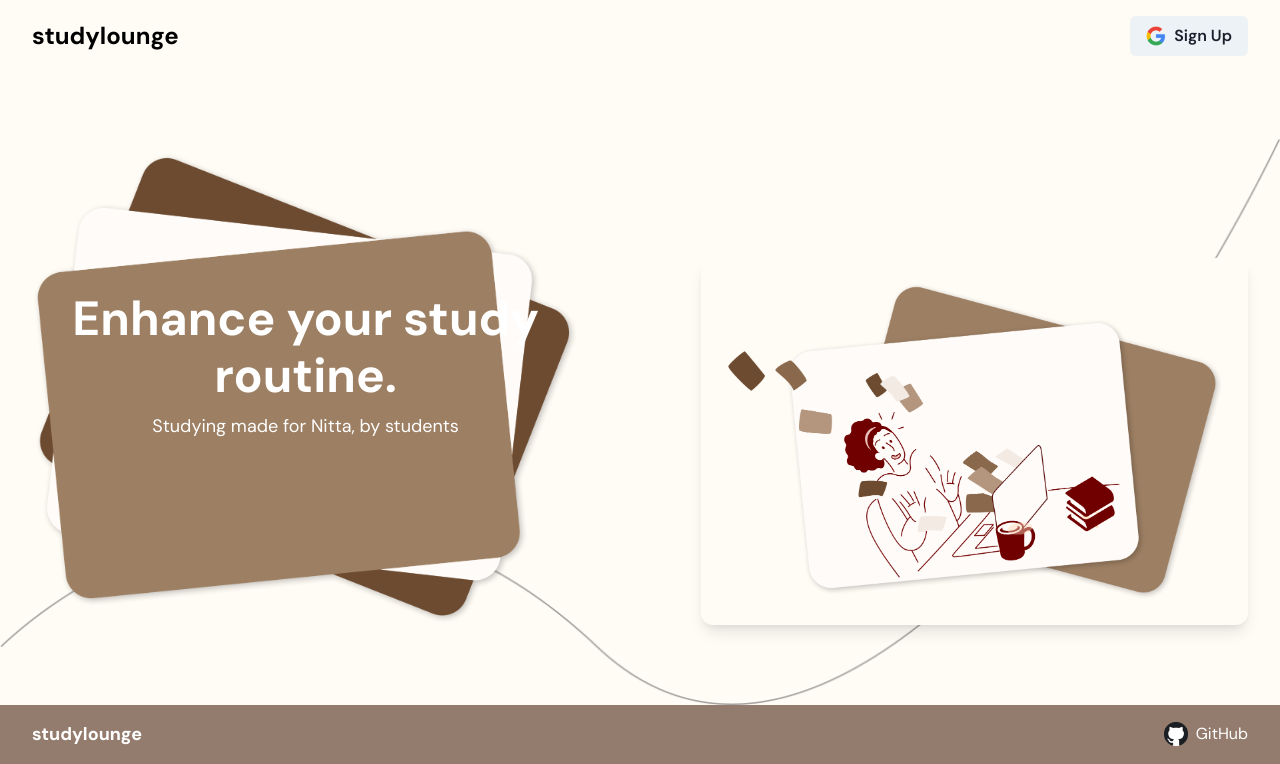
Repository: greg-chang/flashcard-website
Page: / (app in frontend/)
An editor plug-in stored every save of this project. The page is shown before and after the next save, followed by the edit.
The browser window is 1280 px wide. The pictures show the whole page.
The page's requests for data from a server got no answer. The project was rebuilt for these pictures with package versions that can differ from the ones it lists, and the page was loaded fresh each time. Some packages were replaced by stand-ins written for this rebuild. The framework's server and built-in components were replaced by stand-ins that run in the browser. No one was signed in, and anything a server would have sent is missing. Also part of the build but not shown: frontend/next.config.ts, frontend/src/components/Dashboard.tsx.

Above is the page before, as saved 2025-06-08 14:43:12.

After the next save:
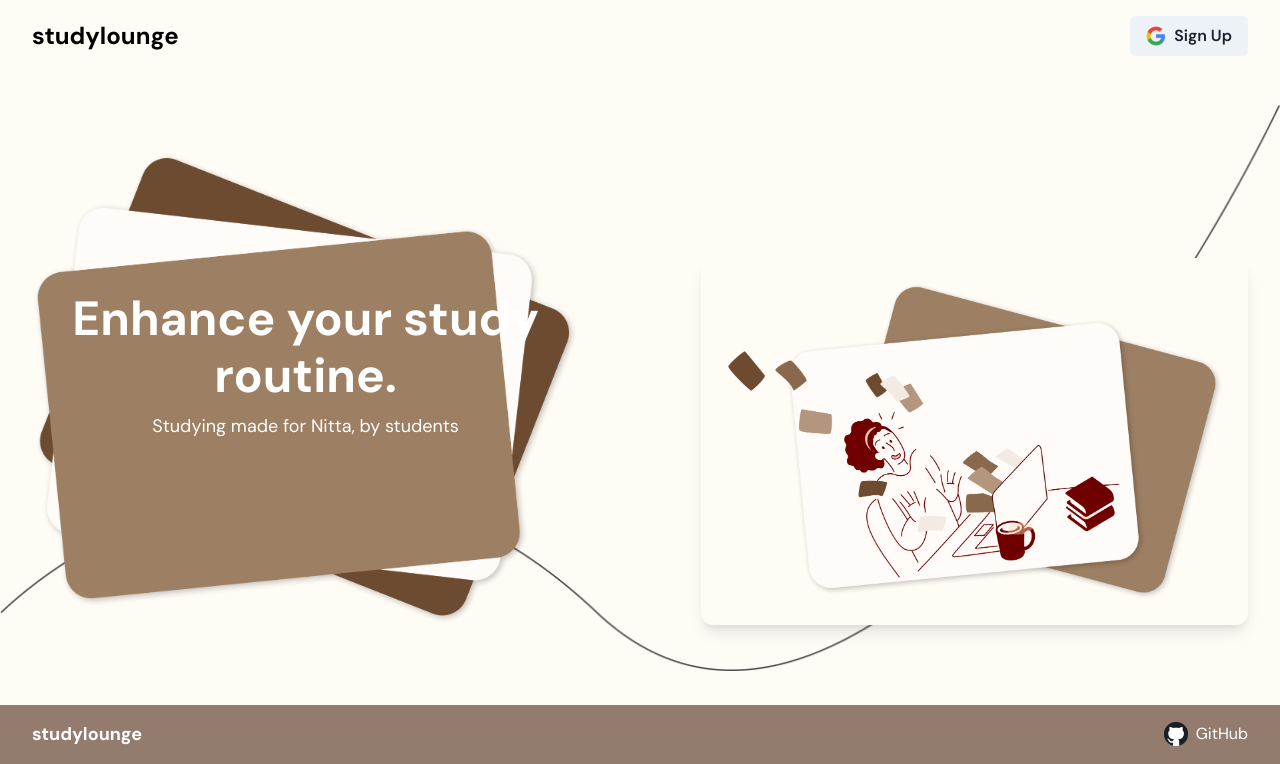
Saved 111 s later.
--- a/frontend/src/components/Homepage.tsx
+++ b/frontend/src/components/Homepage.tsx
@@ -47,11 +47,11 @@ export default function Homepage() {
           width="100%"
           height="100%"
           backgroundImage={`url(${StyleLine.src})`}
-          backgroundSize="100% auto"
+          backgroundSize="contain"
           backgroundRepeat="no-repeat"
-          backgroundPosition="center bottom"
+          backgroundPosition="center"
           zIndex="0"
-          opacity="0.5"
+          opacity="1"
         />
 
         {/* Left Section: Grouped Cards Image */}
